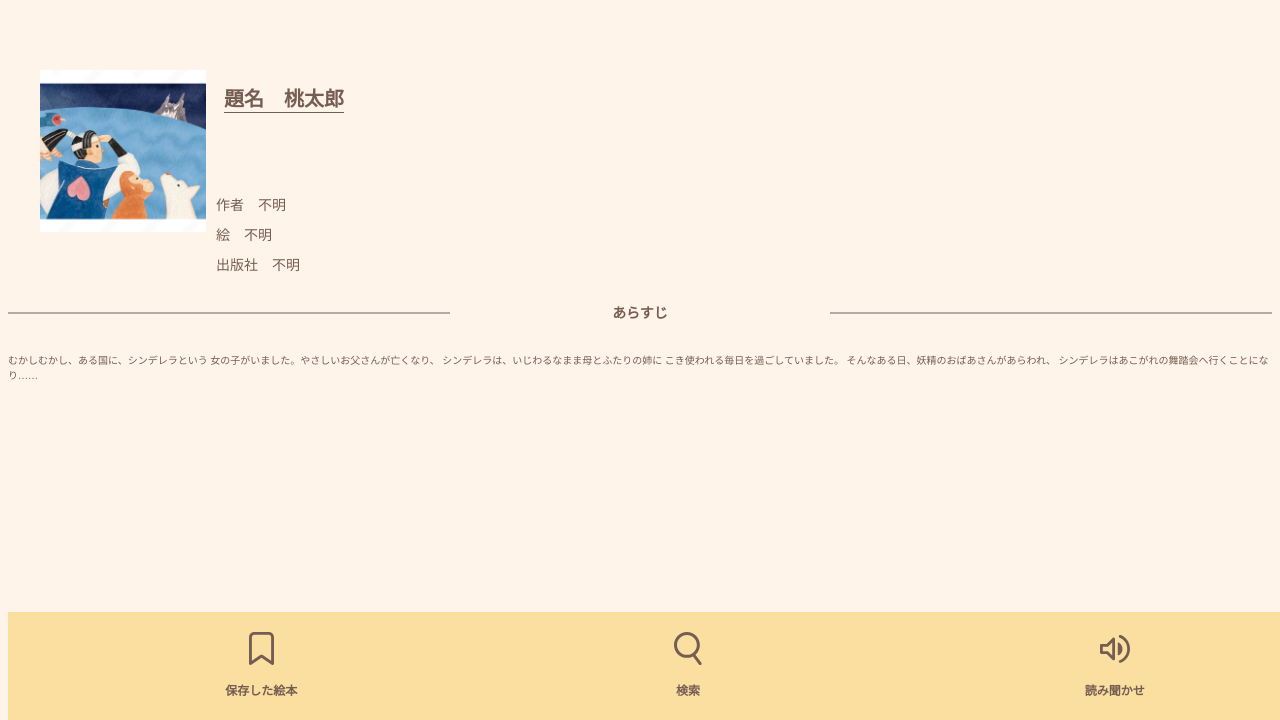
Repository: kmii12/2024-teampj
Page: /result/resultDetail/1
The author's editor kept a copy of each file at every save. The page is drawn from the files as they stood at one save, then again after the next save.
The browser window is 1280 px wide. The pictures show the whole page.
The project was rebuilt for these pictures with package versions that can differ from the ones it lists, and the page was loaded fresh each time. The framework's server and built-in components were replaced by stand-ins that run in the browser. Also part of the build but not shown: next.config.mjs.

Above is the page before, as saved 2024-10-29 23:41:13.

After the next save:
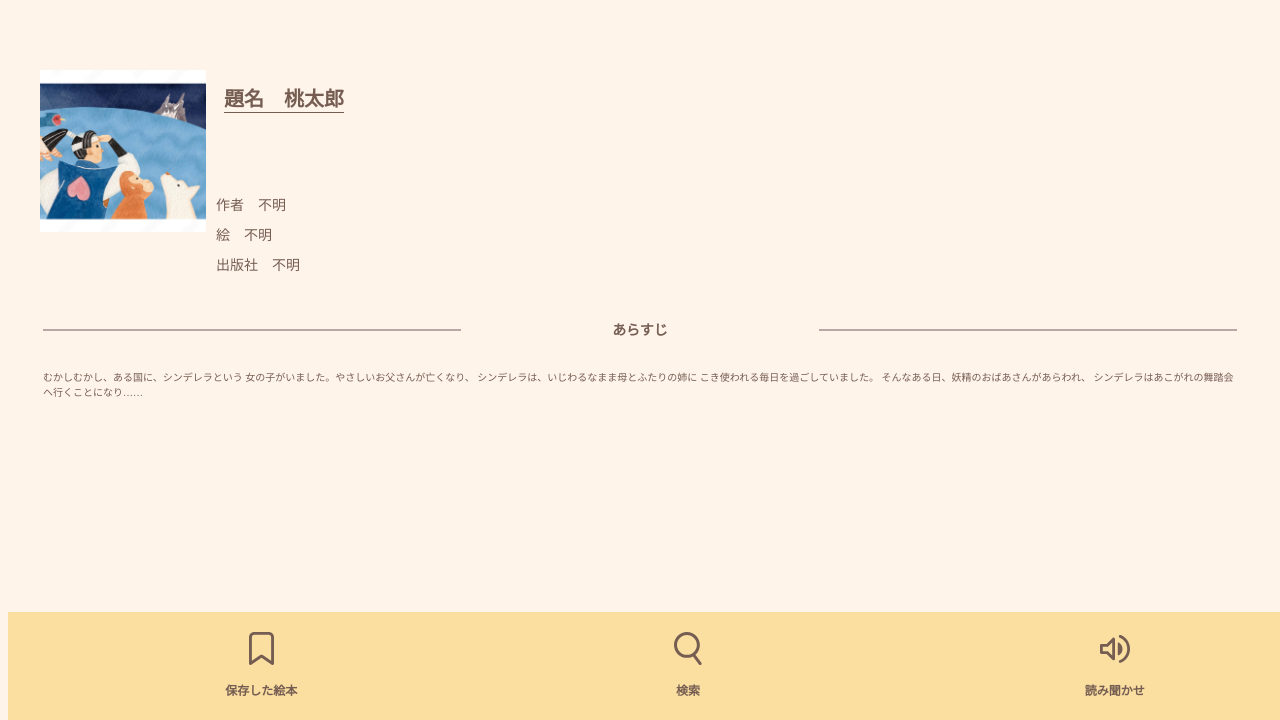
Saved 114 s later.
--- a/src/app/result/resultDetail/[id]/ResultDetail.module.scss
+++ b/src/app/result/resultDetail/[id]/ResultDetail.module.scss
@@ -41,3 +41,7 @@
     }
   }
 }
+
+.descriptionContainer {
+  margin: 35px;
+}
